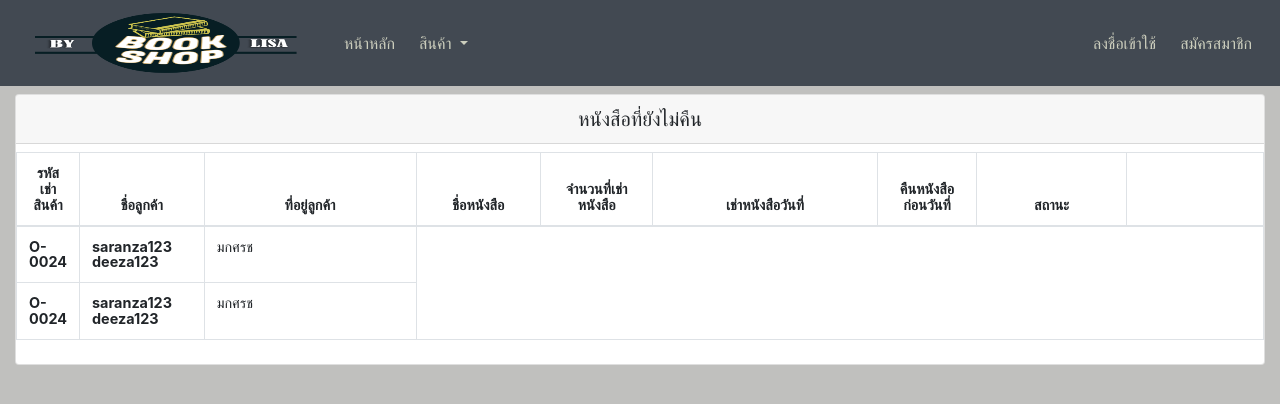
Repository: peawza/shopbook
Page: http://localhost/returnproduct.php?Order_id=24
An editor plug-in stored every save of this project. The page is shown before and after the next save, followed by the edit.
The browser window is 1280 px wide. The pictures show the whole page.
The page is run by PHP 8.4 with error messages shown; the project is at /var/www/html/. The database holds what the project's SQL file puts in it.

Above is the page before, as saved 2020-10-01 11:06:24.

After the next save:
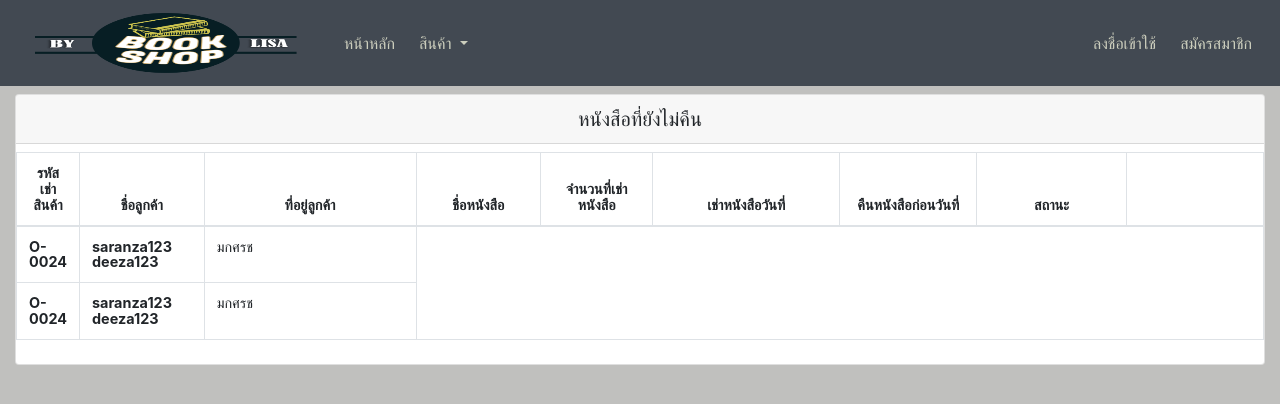
Saved 15 s later.
--- a/returnproduct.php
+++ b/returnproduct.php
@@ -35,8 +35,8 @@
                             <th width="17%" class="text-center">ที่อยู่ลูกค้า</th>
                             <th width="10%" class="text-center">ชื่อหนังสือ</th>
                             <th width="9%" class="text-center">จำนวนที่เช่าหนังสือ</th>
-                            <th width="18%" class="text-center">เช่าหนังสือวันที่</th>
-                            <th width="8%" class="text-center">คืนหนังสือก่อนวันที่</th>
+                            <th width="15%" class="text-center">เช่าหนังสือวันที่</th>
+                            <th width="11%" class="text-center">คืนหนังสือก่อนวันที่</th>
                             <th width="12%" class="text-center">สถานะ</th>
                             <th width="12%" class="text-center"></th>
 
